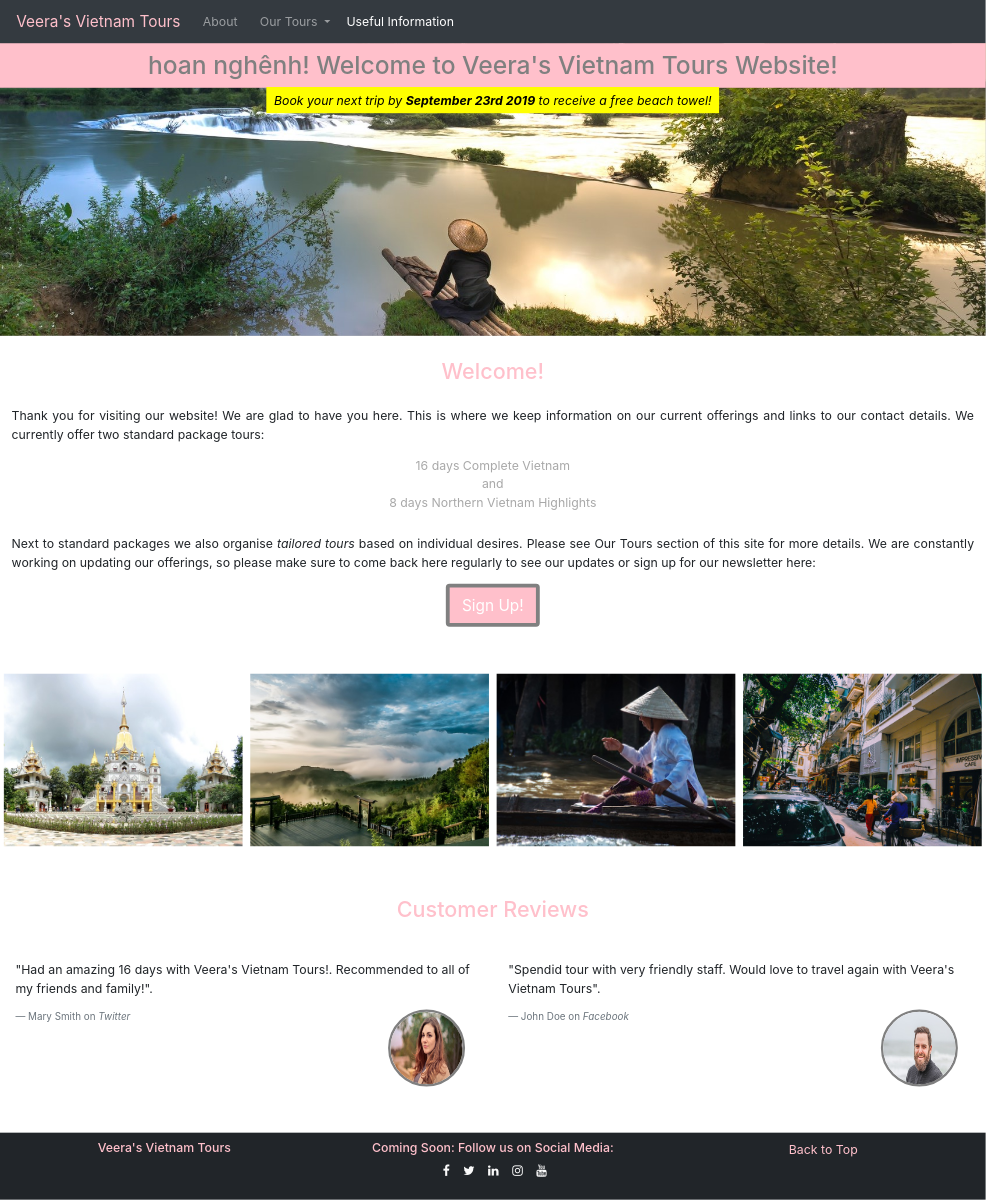
Repository: VAhola/VietnamTour
Page: index.html
The author's editor kept a record of every edit. The page is drawn from the files as they stood at one moment, then again after the next edit.
The browser window is 1280 px wide. The pictures show the whole page, at 77% of full size.

Above is the page before.

### index.html
<!DOCTYPE html>
<html lang="en">
<head>
    <meta charset="UTF-8">
    <meta name="viewport" content="width=device-width, initial-scale=1.0">
    <meta http-equiv="X-UA-Compatible" content="ie=edge">
    <link rel="stylesheet" href="https://stackpath.bootstrapcdn.com/bootstrap/4.3.1/css/bootstrap.min.css" type="text/css" />
    <link rel="stylesheet" href="https://stackpath.bootstrapcdn.com/font-awesome/4.7.0/css/font-awesome.min.css" type="text/css" />
    <link rel="stylesheet" href="style.css" type="text/css" />
    <title>Vietnam Project</title>
</head>
<body>


<!--Nav-->

<nav class="navbar navbar-dark navbar-expand-sm bg-dark top">
    <a href="index.html" class="navbar-brand title">Veera's Vietnam Tours</a>
    <button class="navbar-toggler ml-auto" type="button" data-toggle="collapse" data-target="#navbarNavDropdown" aria-controls="navbarNavDropdown" aria-expanded="false" aria-label="Toggle navigation">
        <span class="navbar-toggler-icon"></span>
    </button>
    <div class="collapse navbar-collapse" id="navbarNavDropdown">
        <ul class="navbar-nav mr-auto">
            <li class="nav-item mr-2"><a class="nav-link" href="about.html">About</a></li>
            <li class="nav-item dropdown">
                <a class="nav-link dropdown-toggle" href="#" id="navbarDropdownMenuLink" role="button" data-toggle="dropdown" aria-haspopup="true" aria-expanded="false">
                  Our Tours
                </a>
                    <div class="dropdown-menu" aria-labelledby="navbarDropdownMenuLink">
                        <a class="dropdown-item" href="16d.html">16 Day Complete Vietnam</a>
                        <a class="dropdown-item" href="8d.html">8 Days Vietnam at glance</a>
                    </div>
            </li>
            <li class="active nav-item mr-2"><a class="nav-link" href="Info.html">Useful Information</a></li>
        </ul>
    </div>
</nav>

<!-- /.nav -->

<!--Banner-->

<div class="section1">
    <h2 class="intro">
     hoan nghênh! Welcome to Veera's Vietnam Tours Website!
    </h2>
    <div class=container4>
  <p><em>Book your next trip by <strong>September 23rd 2019</strong>  to receive a free beach towel!</em></p>
</div>
 </div>

<!-- /.banner -->




<div class="welcome">
      <h3> Welcome!</h3>
<div class="desth">

     <p>Thank you for visiting our website! We are glad to have you here.
     This is where we keep information on our current offerings and links to our contact details.
    We currently offer two standard package tours:</p>
    <div class="tours">
        <p class="compact">16 days Complete Vietnam </p>
        <p class="compact">and</p>
        <p class="compact">8 days Northern Vietnam Highlights</p>
    </div>

     <p>Next to standard packages we also organise <em>tailored tours</em> based on individual desires. Please see Our Tours section of this site for more details. We are constantly working on updating our offerings, so please make sure to come back here regularly to see our updates or sign up for our newsletter here:
    <br>
    </div>
    <div class="center">
    <p><button class="btn btn-lg btn-success1" style=text-align:"center" data-toggle="modal" data-target="#signUpModal">Sign Up!</button></p>
     </div>

</div>


<div class="gallery">
<figure class="gallery_item gallery__item1">
    <img src="Assets/pictures/pagoda-704657_640.jpg" class="gallery__img" alt="Image 1">
</figure>
<figure class="gallery__item gallery__item--2">
    <img src="Assets/pictures/pagoda-2096468_640.jpg" class="gallery__img" alt="Image 2">
</figure>
<figure class="gallery__item gallery__item--3">
    <img src="Assets/pictures/vietnam-630445_640.jpg" class="gallery__img" alt="Image 3">
    </figure>
<figure class="gallery__item gallery__item--4">
    <img src="Assets/pictures/architecture-buildings-car-1004122.jpg" class="gallery__img" alt="Image 4">
    </figure>
  </div>

       <h3>Customer Reviews</h3>


<div class="clearfix">
  <div class="box">
        <div>
          <p>"Had an amazing 16 days with Veera's Vietnam Tours!. Recommended to all of my friends and family!".</p>
          <img src="Assets/pictures/beautiful-blur-blurred-background-733872.jpg" class="rounded-circle mr-3 d-none d-sm-block quote" alt="young woman" height=100 width=100>
          <footer class="blockquote-footer">Mary Smith on <cite title="Twitter">Twitter</cite></footer>
        </div>
  </div>
  <div class="box">
          <div>
          <p>"Spendid tour with very friendly staff. Would love to travel again with Veera's Vietnam Tours".</p>
          <img src="Assets/pictures/adult-beach-casual-736716.jpg" class="rounded-circle mr-3 d-none d-sm-block quote" alt="young man" height=100 width=100>
          <footer class="blockquote-footer">John Doe on <cite title="Facebook">Facebook</cite></footer>
      </div>
  </div>
</div>

 <footer class="container-fluid site">
        <div id="footer-details" class="row">
            <div class="col-sm-4 center">
                 <h6>Veera's Vietnam Tours</h6>
            </div>
            <div class="col-sm-4 center">
                <h6 class="inline-block center">Coming Soon: Follow us on Social Media:</h6>
                <ul class="list-inline center">
                    <li class="list-inline-item">
                        <a target="_blank" href="#">
                            <i class="fa fa-facebook" aria-hidden="true"></i>
                            <span class="sr-only">Facebook</span>
                        </a>
                    </li>
                    <li class="list-inline-item">
                        <a target="_blank" href="#">
                            <i class="fa fa-twitter" aria-hidden="true"></i>
                            <span class="sr-only">Twitter</span>
                        </a>
                    </li>
                    <li class="list-inline-item">
                        <a target="_blank" href="#">
                            <i class="fa fa-linkedin" aria-hidden="true"></i>
                            <span class="sr-only">LinkedIn</span>
                        </a>
                    </li>
                    <li class="list-inline-item">
                        <a target="_blank" href="#">
                            <i class="fa fa-instagram" aria-hidden="true"></i>
                            <span class="sr-only">Instagram</span>
                        </a>
                    </li>
                    <li class="list-inline-item">
                        <a target="_blank" href="#">
                            <i class="fa fa-youtube" aria-hidden="true"></i>
                            <span class="sr-only">YouTube</span>
                        </a>
                    </li>
                </ul>
            </div>
           <div class="col-sm-4 center">
                <a href="#top" style="color:pink">Back to Top</a>
            </div>
        </div>
 </footer>

     <div class="modal" tabindex="-1" role="dialog" id="signUpModal">
        <div class="modal-dialog" role="document">
            <div class="modal-content">
                <div class="modal-header">
                    <h5 class="modal-title">Sign Up For Veera's Vietnam Tours Newsletter!</h5>
                    <button type="button" class="close" data-dismiss="modal" aria-label="Close">
          <span aria-hidden="true">&times;</span>
        </button>
                </div>
                <div class="modal-body">
                    <form>
                        <div class="form-group">
                            <label for="exampleInputEmail1">Email address</label>
                            <input type="email" class="form-control" id="exampleInputEmail1" aria-describedby="emailHelp" placeholder="Enter email">
                            <small id="emailHelp" class="form-text text-muted">We'll never share your email with anyone else.</small>
                        </div>
                        <div class="form-group">
                            <label for="Name">Name</label>
                            <input type="text" class="form-control" id="validationDefaultUsername" placeholder="You Name">
                        </div>
                        <button type="submit" class="btn btn-success1">Submit</button>
                    </form>
                </div>
            </div>
        </div>
    </div>


    <script src="https://code.jquery.com/jquery-3.3.1.slim.min.js" integrity="sha384-q8i/X+965DzO0rT7abK41JStQIAqVgRVzpbzo5smXKp4YfRvH+8abtTE1Pi6jizo" crossorigin="anonymous"></script>
    <script src="https://cdnjs.cloudflare.com/ajax/libs/popper.js/1.14.3/umd/popper.min.js" integrity="sha384-ZMP7rVo3mIykV+2+9J3UJ46jBk0WLaUAdn689aCwoqbBJiSnjAK/l8WvCWPIPm49" crossorigin="anonymous"></script>
    <script src="https://stackpath.bootstrapcdn.com/bootstrap/4.1.3/js/bootstrap.min.js" integrity="sha384-ChfqqxuZUCnJSK3+MXmPNIyE6ZbWh2IMqE241rYiqJxyMiZ6OW/JmZQ5stwEULTy" crossorigin="anonymous"></script>

</body>
</html>

### style.css
html {
    border: none;
}

/*------------- Styling the header -----------*/

.header {
    background-color: #4F4F4F;
    background-position: center;
    text-align: center;
    background-size: cover;
    color: #fafafa;
    margin:0;
    padding-bottom: 10px;
    padding-top: 10px;

}


.button {
    color: white;
}


.navbar-dark .navbar-brand {
    color: pink;

}

.dropdown-menu {
    background-color: #4F4F4F;
}

.dropdown-item {
    color: #b9bec3;
}


a {
    color:#fafafa;
    margin-left: 5px;
}

.section1 {
    background-size: cover;
    text-align: center;
    background-image: url(Assets/pictures/bamboo-boat-clouds-cloudscape-2132098.jpg);
    background-repeat: no-repeat;
    min-height: 380px;
    color: black;
    padding: 0px;
    background-position-y: bottom;
    background-position-x: center;
    background-color: darkgray;
}

.intro {
    background-color: pink;
    padding: 10px 5px;
    color: gray;
}

.intro1 {
    background-color: pink;
    padding: 10px 5px;
    color: gray;
    margin-bottom: 0px;
}

.welcome {
    padding:10px 5px;
}

h2 {
    color: gray;
    text-align: center;
    padding-bottom:20px;
    padding-top: 20px;
}

h3{
    color: PINK;
    text-align: center;
    padding-bottom:20px;
    padding-top: 20px;
}

h5 {
    color: pink;
    text-align: center;
    margin-top: 20px;
    margin-bottom: 10px;
    text-decoration: underline;
}


li {
    list-style: none;
    text-align: center
}

img.quote {
    border-style: solid;
    border-color: gray;
    float: right;
}

dl, ol, ul {
    margin-top: 0;
    margin-bottom: 1rem;
    padding: 0;
}

.tours {
    color:darkgray;
    text-align:center;
    margin-bottom:30px;
}

.section3 {
    background-size: cover;
    text-align: center;
    color: black;
}


.about_us {
    text-align: justify;
    margin-left: 10px;
    margin-right: 10px;
}

.contacts {
    margin-left: 20px;
    margin-right: 10px;
}

.compact {
    margin: 0;
}

.man {
    background-image: url(Assets/pictures/hanoi-man-market-1004123.jpg);

}

.btn-success1 {
    color: #fff;
    background-color: pink;
    border-color: gray;
    border-width: thick;
}


.towel {
 text-align:center;
 padding-left:15px;
 padding-right:15px;
 background-color: yellow;
 display: unset;
}

div.container4 {
    height: 1em;
    position: relative;

}
div.container4 p {
    margin: 0;
    background: yellow;
    position: absolute;
    top: 50%;
    left: 50%;
    margin-right: -50%;
    transform: translate(-50%, -50%);
    display:unset;
    padding: 5px 10px;

}

* {
  box-sizing: border-box;
}

div.box {
  float: left;
  width: 50%;
  padding: 20px;
}

div.center {
    text-align: center;
}

.clearfix::after {
  content: "";
  clear: both;
  display: table;
  padding: 20px;
}

.internary16 {
    text-align: left;
    margin: 10px 20px;
    align-content: center;
    text-align: justify;
}

.right {
    height:200px;
    word-break: break-word;
    float:right;
    margin: 5px;
}

.left {
    height:200px;
    word-break: break-word;
    float:left;
    margin: 5px;
}

.woman {
    float: right;
}


article {
    margin: 5px;
}

img.iten_right {
    border-radius: 4px;
    padding: 5px;
    width: 300px;
    margin-left: 10px;
}

img.iten_left {
    border-radius: 4px;
    padding: 5px;
    width: 300px;
    margin-right: 10px;
}

img.map_right {
    border: 1px solid #ddd;
    border-radius: 4px;
    width: 220px;
    margin:20px 10px;
}

.info_left {
    border: 3px solid #ddd;
    border-radius: 4px;
    width: 220px;
    margin-right:10px;
}

.info_right {
    border: 2px solid #ddd;
    border-radius: 4px;
    width: 220px;
    margin-left:10px;
}

banner2 {
    display: inline-block;
}

.gallery1 {
    display: grid;
    grid-template-columns: repeat(3, 1fr);
    padding-top:0px;
    margin: 0px;
}

.section2 {
    background-size: cover;
    text-align: center;
    background-image: url(Assets/pictures/chaly-pavement-road-2044867.jpg);
    background-repeat: no-repeat;
    min-height: 380px;
    color: black;
    padding: 0px;
    background-position-y: bottom;
    background-position-x: center;
}

.section4 {
    background-size: cover;
    text-align: center;
    background-image: url(Assets/pictures/vietnam-2139871_1920_a.jpg);
    background-repeat: no-repeat;
    min-height: 380px;
    color: black;
    padding: 0px;
    background-position-y: bottom;
    background-position-x: center;
}

.section5 {
    background-size: cover;
    text-align: center;
    background-image: url(Assets/pictures/IMG-20190712-WA0006_a.jpg);
    background-repeat: no-repeat;
    min-height: 380px;
    color: black;
    padding: 0px;
    background-position-y: bottom;
    background-position-x: center;
}

.dest {
    margin-left: 10px;
    margin-right: 10px;
    padding: 10px;
    text-align: justify;
}

.info {
    margin-top:20px;
}
.desth {
    margin-left: 10px;
    margin-right: 10px;
    text-align:justify;
}

.ready {
    background-clip: white;
    margin-left: 10px;
    margin-right: 10px;
}

.grid-container-new {
  display: grid;
  justify-content: space-evenly;
  grid-template-columns: 25% 25% 25%; /*Make the grid smaller than the container*/
  grid-gap: 5px;
  padding: 10px;
}

.grid-container {
  display: grid;
  justify-content: space-evenly;
  grid-template-columns: 80% 20%; /*Make the grid smaller than the container*/
  grid-gap: 5px;
  padding: 10px;
}

.grid-item {
  background-color: rgba(255, 255, 255, 0.8);
  border: 1px solid rgba(0, 0, 0, 0.8);
  padding: 20px;
  font-size: 30px;
  text-align: center;
}

.gallery {
    display: grid;
    grid-template-columns: repeat(4, 1fr);
    grid-gap: 10px;
    padding-top:5px;
    margin: 30px 5px;
}

.gallery__img {
    width: 100%;
    height: 100%;
    object-fit: cover;
}

.people {
    display: grid;
    grid-template-columns: repeat(2, 1fr);
    grid-gap: 10px;
    margin-left: 5px;
    margin-right: 5px;
    padding-top:5px;
}

.people__img {
    width: 100%;
    height: 100%;
    object-fit: cover;
}


.header5 {
    color: #ff82ab;
    text-decoration: underline;
}

footer.site {
    background-color: #212529;
    color: pink;
    background-size: cover;
    margin-bottom: 0;
    padding-bottom: 10px;
    padding-top: 10px;
}

.bottom {
    margin-bottom: 0;
}
/* media queries */

@media (max-width:767px) {
    body {
    font-size:small;
    }
    .review{
    text-align:center;
    padding:20px 10px;
    margin-bottom:40px;
    display:inline;
    font-size:smaller;
    }
    h1{
    font-size:small;
    }
    h2 {
        font-size:smaller;
    }
    em {
    font-size: x-small;
    }

    img.map_right {
    border: 1px solid #ddd;
    border-radius: 4px;
    width: 130px;
    margin-left: 10px;
    }

    img.iten_left{
    width: 90px;
    border-radius: 15px;
    }

    img.iten_right{
    width: 90px;
    border-radius: 15px;

    }

    .section2 {
    background-size: cover;
    text-align: center;
    background-image: url(Assets/pictures/chaly-pavement-road-2044867.jpg);
    background-repeat: no-repeat;
    min-height: 180px;
    color: black;
    padding: 0px;
    background-position-y: bottom;
    background-position-x: center;
    }
    .section1 {
    background-size: cover;
    text-align: center;
    background-image: url(Assets/pictures/bamboo-boat-clouds-cloudscape-2132098.jpg);
    background-repeat: no-repeat;
    min-height: 180px;
    color: black;
    padding: 0px;
    background-position-y: bottom;
    background-position-x: center;
    background-color: darkgray;
}
.section5 {
    background-size: cover;
    text-align: center;
    background-image: url(Assets/pictures/IMG-20190712-WA0006_a.jpg);
    background-repeat: no-repeat;
    min-height: 180px;
    color: black;
    padding: 0px;
    background-position-y: bottom;
    background-position-x: center;
}
.section4 {
    background-size: cover;
    text-align: center;
    background-image: url(Assets/pictures/vietnam-2139871_1920_a.jpg);
    background-repeat: no-repeat;
    min-height: 180px;
    color: black;
    padding: 0px;
    background-position-y: bottom;
    background-position-x: center;
}
}

@media (min-width: 768px) and (max-width: 991px) {
}
    .review {
    text-align:center;
    padding:20px 10px;
    margin-bottom:40px;
    display:flex;
    }
}

@media (min-width: 992px) and (max-width: 1800px) {
    .review{
    text-align:center;
    padding:20px 10px;
    margin-bottom:40px;
    margin-left: 20px;
    margin-right: 20px;
    display:inline-flex;
    }
}

After the next edit:
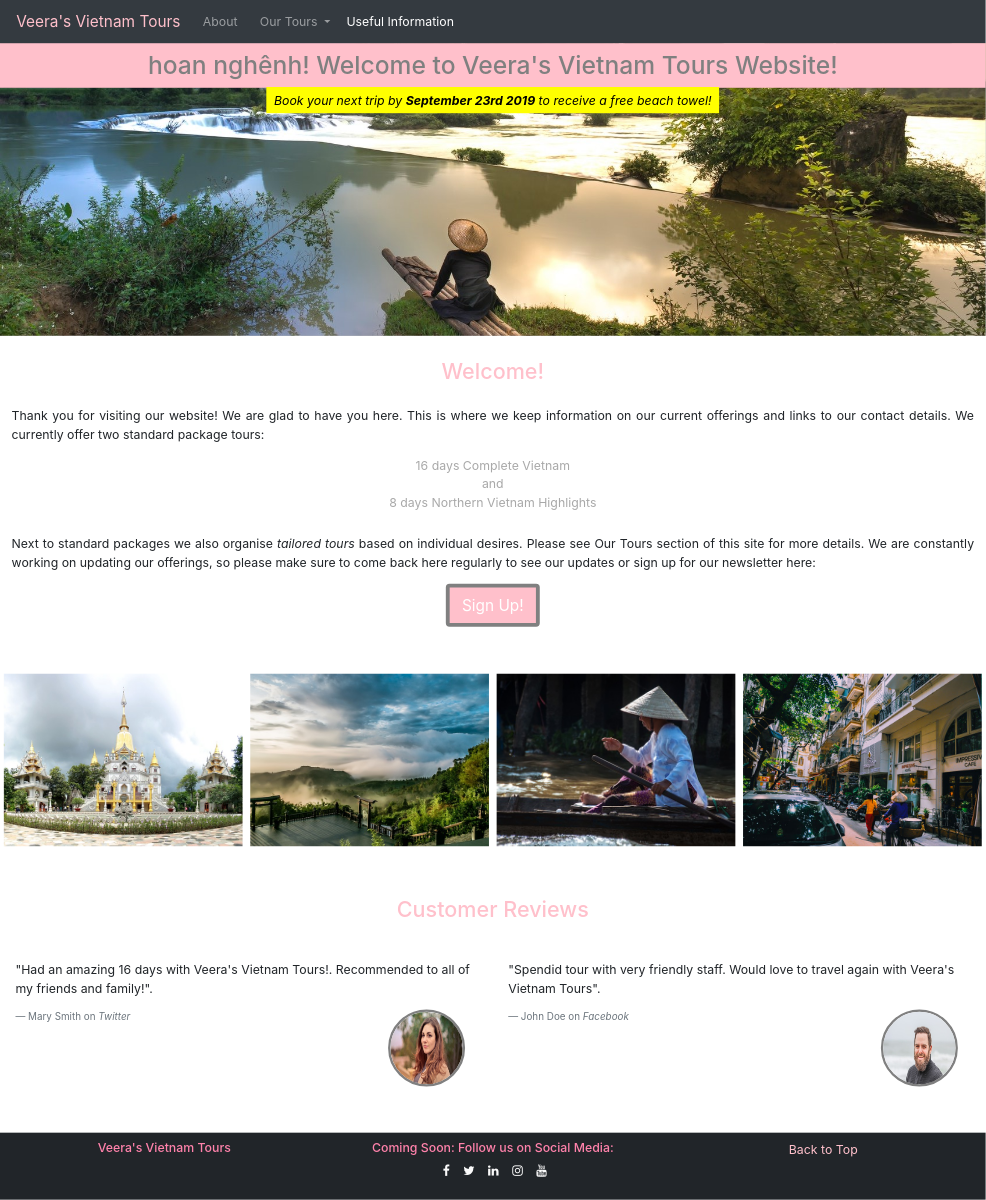
The edit:
--- a/style.css
+++ b/style.css
@@ -394,7 +394,7 @@
 
 footer.site {
     background-color: #212529;
-    color: pink;
+    color: #ff82ab;
     background-size: cover;
     margin-bottom: 0;
     padding-bottom: 10px;
